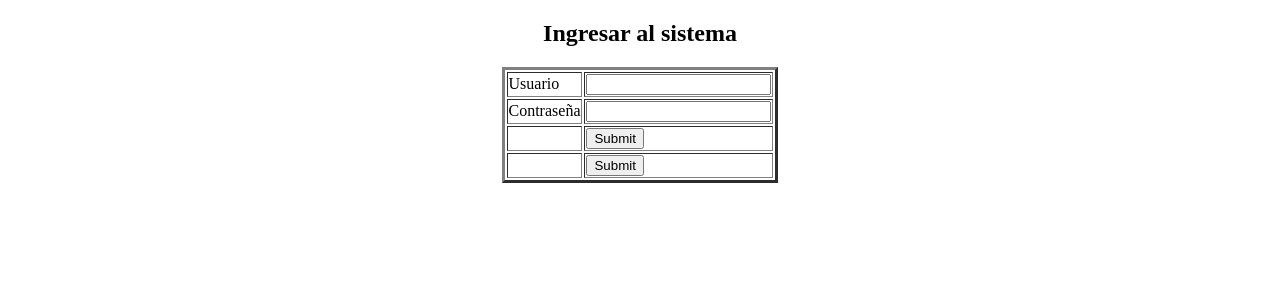
Repository: NayshaOCruz98/CL2ORTIZ
Page: http://localhost/LPII_CL2_ORTIZCRUZNAYSHA/
These files come from the project's save history. The page is drawn as it stood at one moment and after the next save; the edit follows.
The browser window is 1280 px wide. The pictures show the whole page.
The page is served by Tomcat 9. Other server files are loaded and not shown.

Above is the page before, as saved 2023-10-24 19:07:11.

### LPII_CL2_ORTIZCRUZNAYSHA/src/main/webapp/index.jsp
<%@ page language="java" contentType="text/html; charset=ISO-8859-1"
    pageEncoding="ISO-8859-1"%>

<!DOCTYPE html>
<html>
<head>
<meta http-equiv="Content-Type" content="text/html; charset=ISO-8859-1">
<title>Ventana Usuario</title>
</head>
<body>
<h2 align="center">Ingresar al sistema</h2>

<form action="ControladorServlet" method="post">

<table align="center" border="3">
<tr>
<td>Usuario</td>
<td><input type="text" name="usuario"></td>
</tr>
<tr>
<td>Contraseña</td>
<td><input type="text" name="usuario"></td>
</tr>
<tr>
<td colspan="1"></td>
<td><input type="submit" name="Registra usuario"></td>
</tr>
<tr>
<td colspan="1"></td>
<td><a href="ControladorServletprod"> <input type="submit" name="Ingresar"></td>
</tr>

</table>
</form>



</form>
</body>
</html>

After the next save:
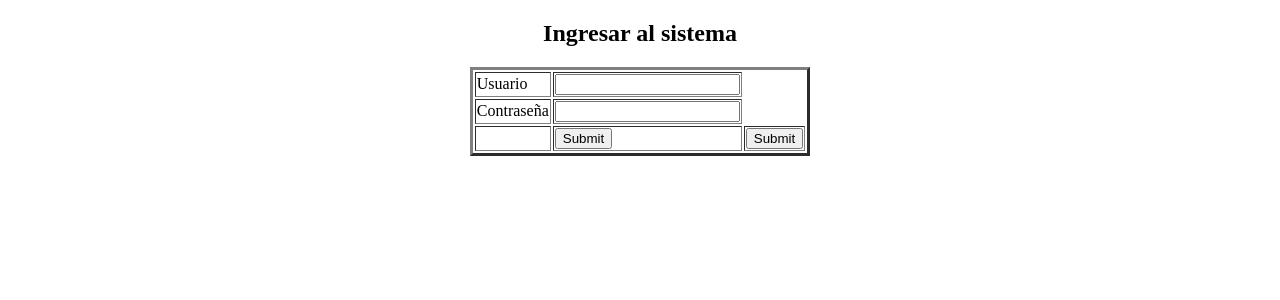
Saved 106 s later.
--- a/LPII_CL2_ORTIZCRUZNAYSHA/src/main/webapp/index.jsp
+++ b/LPII_CL2_ORTIZCRUZNAYSHA/src/main/webapp/index.jsp
@@ -24,11 +24,9 @@
 <tr>
 <td colspan="1"></td>
 <td><input type="submit" name="Registra usuario"></td>
-</tr>
-<tr>
-<td colspan="1"></td>
 <td><a href="ControladorServletprod"> <input type="submit" name="Ingresar"></td>
 </tr>
+
 
 </table>
 </form>
